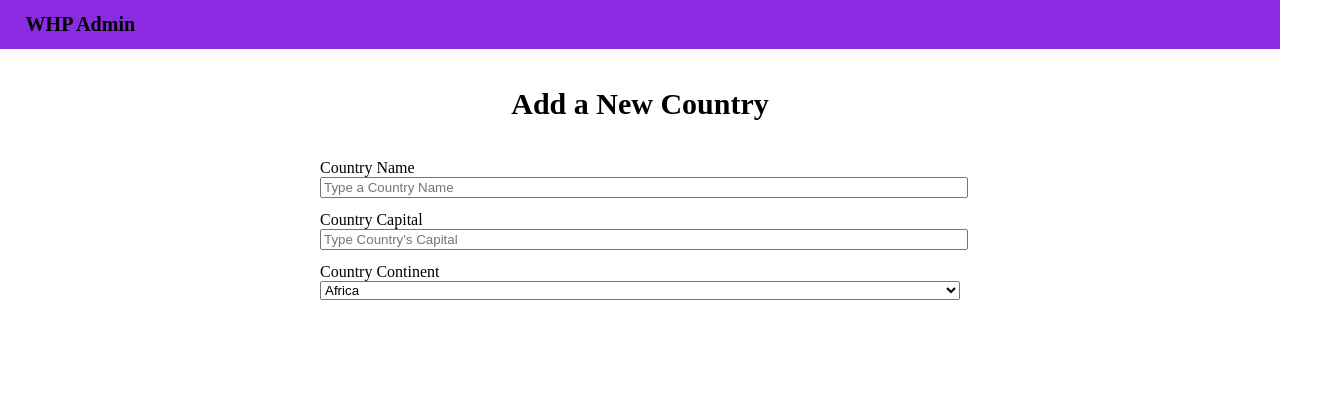
Repository: sabinaPetrisor/World_Hour_Project
Page: http://localhost/WorldHourProject/jsp/add-country.jsp
These files come from the project's save history. The page is drawn as it stood at one moment and after the next save; the edit follows.
The browser window is 1280 px wide. The page is 1280 px wide, then 1335 px, so the pictures cover 1335 px, including what lies to the right of the window. The pictures show the whole page.
The page is served by Tomcat 9.

Above is the page before, as saved 2023-08-04 12:55:08.

After the next save:
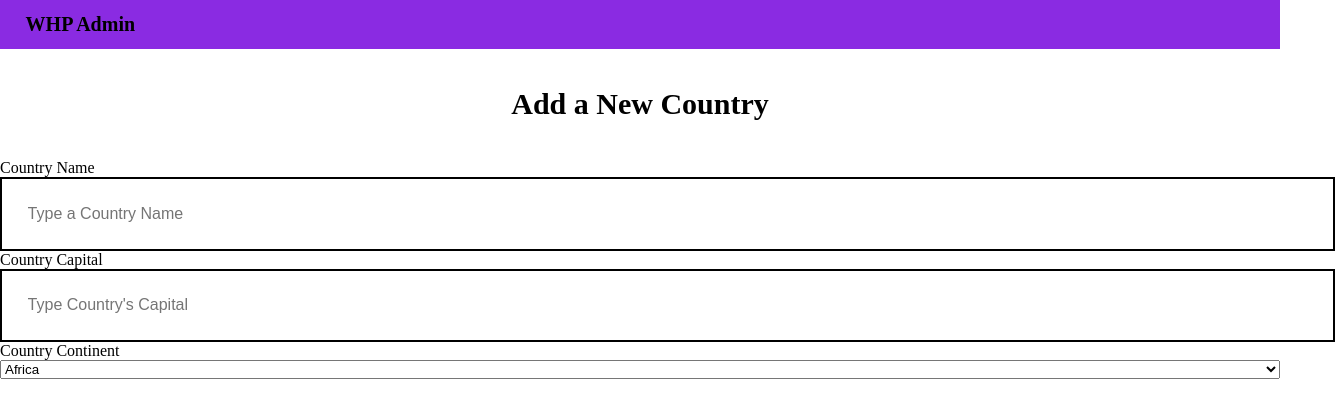
Saved 32 s later.
--- a/WorldHourProject/src/main/webapp/jsp/add-country.jsp
+++ b/WorldHourProject/src/main/webapp/jsp/add-country.jsp
@@ -7,7 +7,7 @@
 	<title>World Hour Project Add Country</title>
 	<style> <%@include file="../css/navbar.css" %> </style>
 	<style> <%@include file="../css/admin.css" %> </style>
-	<style> <%@include file="../css/add-page-admin.css" %> </style>
+	<style> <%@include file="../css/index.css" %> </style>
 </head>
 <body>
 	<%@include file="navbar.jsp" %>
